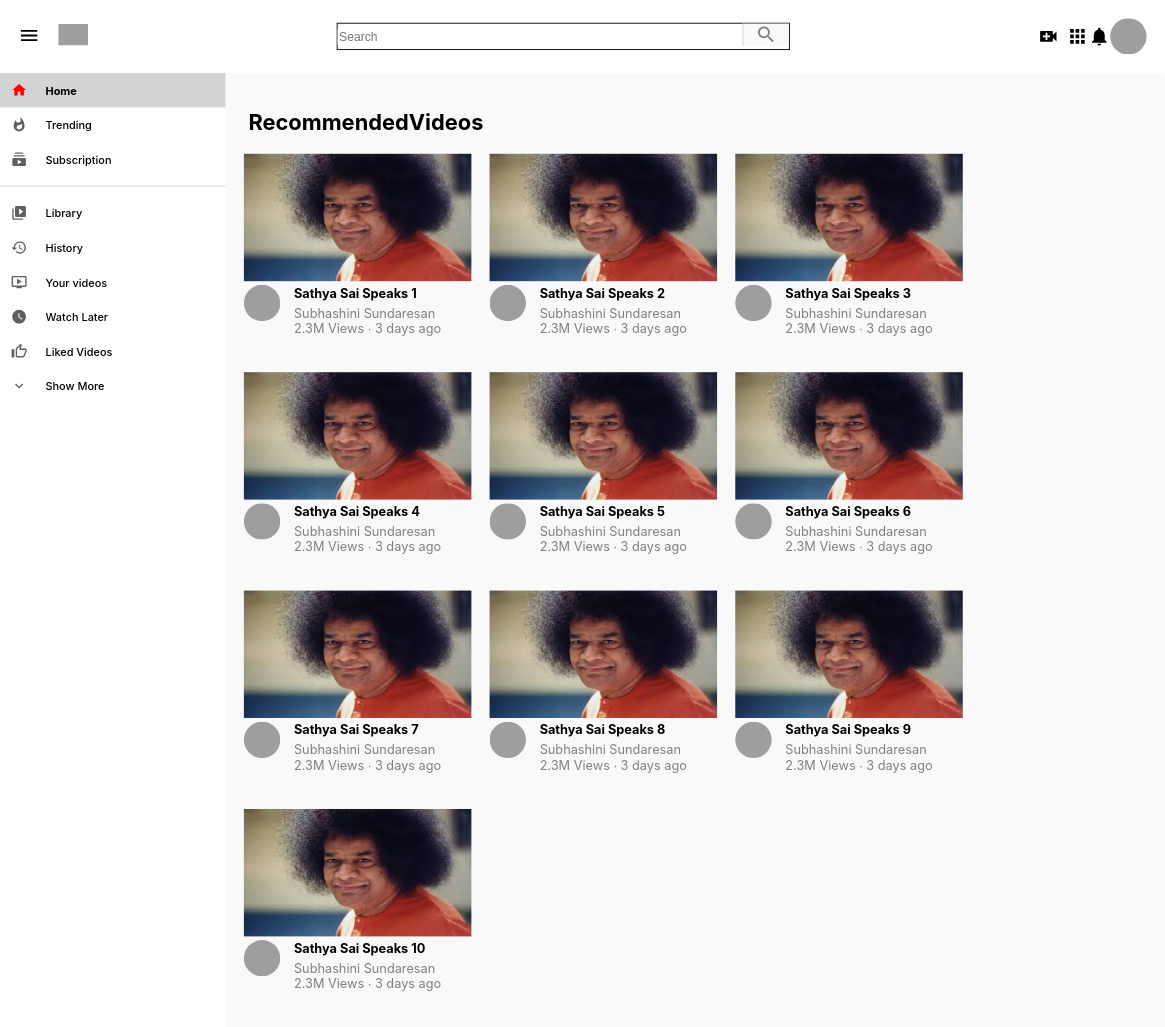
Repository: SubhashiniSundaresan/youtube-clone
Page: /search/
These files come from the project's save history. The page is drawn as it stood at one moment and after the next save; the edit follows.
The browser window is 1280 px wide. The pictures show the whole page, at 91% of full size.
Pictures or frames that could not be fetched are drawn as grey boxes. The project was rebuilt for these pictures with package versions that can differ from the ones it lists, and the page was loaded fresh each time. Also part of the build but not shown: src/ChannelRow.js, src/SearchPage.css, src/SearchPage.js.

Above is the page before, as saved 2020-12-26 12:30:26.

### src/App.js
import "./App.css";
import Header from "./Header";
import RecommendedVideos from "./RecommendedVideos";
import Sidebar from "./Sidebar";
import { BrowserRouter as Router, Switch, Route } from "react-router-dom";
import SearchPage from "./SearchPage";

function App() {
  return (
    <div className='app'>
      <Router>
        <Header />
        <div className='app__page'>
          <Sidebar />
          <Switch>
            <Route path='/search/:searchText'>
              <SearchPage />
            </Route>
            <Route path='/'>
              <RecommendedVideos />
            </Route>
          </Switch>
        </div>
      </Router>
    </div>
  );
}

export default App;

### src/App.css
.app__page {
    display: flex;

}

### src/Header.js
import React, { useState } from "react";
import MenuIcon from "@material-ui/icons/Menu";
import { Apps, Notifications, Search, VideoCall } from "@material-ui/icons";
import { Avatar } from "@material-ui/core";
import { Link } from "react-router-dom";
import "./Header.css";
function Header() {
  const [inputSearch, setInputSearch] = useState("");
  return (
    <div className='header'>
      <div className='header__left'>
        <MenuIcon />
        <Link to='/'>
          <img
            className='header__logo'
            src='https://upload.wikimedia.org/wikipedia/commons/thumb/a/af/Youtube.png/320px-Youtube.png'
            alt=''></img>
        </Link>
      </div>

      <div className='header__input'>
        <input
          onChange={(e) => setInputSearch(e.target.value)}
          value={inputSearch}
          placeholder='Search'
          type='text'></input>
        <Link to={`/search/${inputSearch}`}>
          <Search className='header__inputButton' />
        </Link>
      </div>
      <div className='header__icons'>
        <VideoCall className='header__icon' />
        <Apps />
        <Notifications />
        <Avatar
          alt='subhashini'
          src='https://yt3.ggpht.com/yti/ANoDKi4bv7sfd1_sBv-rZAj3JLY49-VUpVyAS2WmagLTqA=s108-c-k-c0x00ffffff-no-rj'
        />
      </div>
    </div>
  );
}

export default Header;

### src/Sidebar.js
import {
  ExpandMoreOutlined,
  History,
  Home,
  OndemandVideo,
  Subscriptions,
  ThumbUpAltOutlined,
  VideoLibrary,
  WatchLater,
  Whatshot,
} from "@material-ui/icons";
import React from "react";
import "./Sidebar.css";
import SidebarRow from "./SidebarRow";

function Sidebar() {
  var sidebarLinks = [
    { icon: VideoLibrary, title: "Library" },
    { icon: History, title: "History" },
    { icon: OndemandVideo, title: "Your videos" },
    { icon: WatchLater, title: "Watch Later" },
    { icon: ThumbUpAltOutlined, title: "Liked Videos" },
    { icon: ExpandMoreOutlined, title: "Show More" },
  ];
  const listItems = sidebarLinks.map((link) => (
    <SidebarRow Icon={link.icon} title={link.title} />
  ));
  return (
    <div className='sidebar'>
      <SidebarRow selected Icon={Home} title='Home' />
      <SidebarRow Icon={Whatshot} title='Trending' />
      <SidebarRow Icon={Subscriptions} title='Subscription' />
      <hr />
      {listItems}
    </div>
  );
}

export default Sidebar;

### src/Header.css
.header {
    display: flex;
align-items: center;
justify-content: space-between;
padding: 20px;
position: sticky;
top: 0;
z-index:100;
background-color: white;
}

.header__logo {
    height: 25px;
    object-fit: contain;
    margin-left: 20px;

}

.header__icons {
    display: flex;
align-items: center;


}

.header__input {
    display: flex;
align-items: center;
border: 1px solid black;
width: 40%;
}


.header__inputButton {
    width: 50px !important;
    background-color: #fafafa;
    border-left: 1px solid lightgray;
    color: gray;
}

.header__input > input {
    flex:1;
    border: none;
}

.header__icon {
    margin-right: 8px;
}

### src/RecommendedVideos.css
.recommendedVideos {
    flex: 0.8;
    background-color: #f9f9f9;
    padding: 40px 20px;
    padding-bottom: 0;
}

.recommendedVideos > h2 {
    margin-left: 5px;
    margin-bottom: 20px;
}


.recommendedVideos__videos {
display: flex;
flex-flow: row wrap;
}

### src/VideoCard.js
import { Avatar } from "@material-ui/core";
import React from "react";
import "./VideoCard.css";
function VideoCard({ image, title, channel, views, timestamp, channelImage }) {
  return (
    <div className='videoCard'>
      <img className='videoCard__thumbnail' src={image} alt=''></img>
      <div className='videoCard__info'>
        <Avatar
          className='videoCard__avatar'
          alt={channel}
          src={channelImage}></Avatar>
        <div className='videoCard__text'>
          <h4>{title}</h4>
          <p>{channel}</p>
          <p>
            {views} &#8729; {timestamp}
          </p>
        </div>
      </div>
    </div>
  );
}

export default VideoCard;

### src/Sidebar.css
.sidebar {
    flex: 0.2;
}

.sidebar > hr {
    height: 1px;
    border: 0;
    background-color: lightgray;
    margin-top: 10px;
    margin-top: 10px;
    margin-bottom: 10px;
}

### src/SidebarRow.js
import React from "react";
import "./SideBarRow.css";
function SidebarRow({ selected, Icon, title }) {
  return (
    <div className={`sidebarRow ${selected && "selected"}`}>
      <Icon className='sidebarRow__icon' />
      <h2 className='sidebarRow__title'>{title}</h2>
    </div>
  );
}

export default SidebarRow;

### src/VideoCard.css
.videoCard {
    margin-bottom: 40px;
    width: 270px;
}

.videoCard__thumbnail {
    height: 140px;
    width: 250px;
}

.videoCard__info {
    display: flex;
}

.videoCard__text {
    margin-left: 15px;
}

.videoCard__text > h4 {
    font-size: 14px;
    margin-bottom: 5px;
}

.videoCard__text> p {
    font-size: 14px;
    color: gray;
}

.videoCard__avatar>p {
    height: 30px !important;
    width: 30px !important;

}

### src/SideBarRow.css
.sidebarRow {
    display: flex;
    align-items: center;
    padding: 10px 12px;
}

.sidebarRow__icon {
color: #606060;
font-size: large !important;

}

.sidebarRow__title {
    flex: 1;
    margin-left: 20px;
    font-size: 12px;
    font-weight: 500;
}

.sidebarRow:hover {
background-color: lightgray;
cursor: pointer;
}

.sidebarRow:hover > .sidebarRow__icon{
    color: red;
    }

    .sidebarRow:hover > .sidebarRow__title{
        font-weight: bold;

        }

        .sidebarRow.selected >.sidebarRow__icon {
            color: red;
        }

         .sidebarRow.selected >.sidebarRow__title {
             font-weight: bold;

         }

                  .sidebarRow.selected {
                      background-color: lightgray;

                  }

Loaded but not shown: public/index.html (common file); src/index.js (common file); src/index.css (common file); src/reportWebVitals.js (common file); src/RecommendedVideos.js (library)

After the next save:
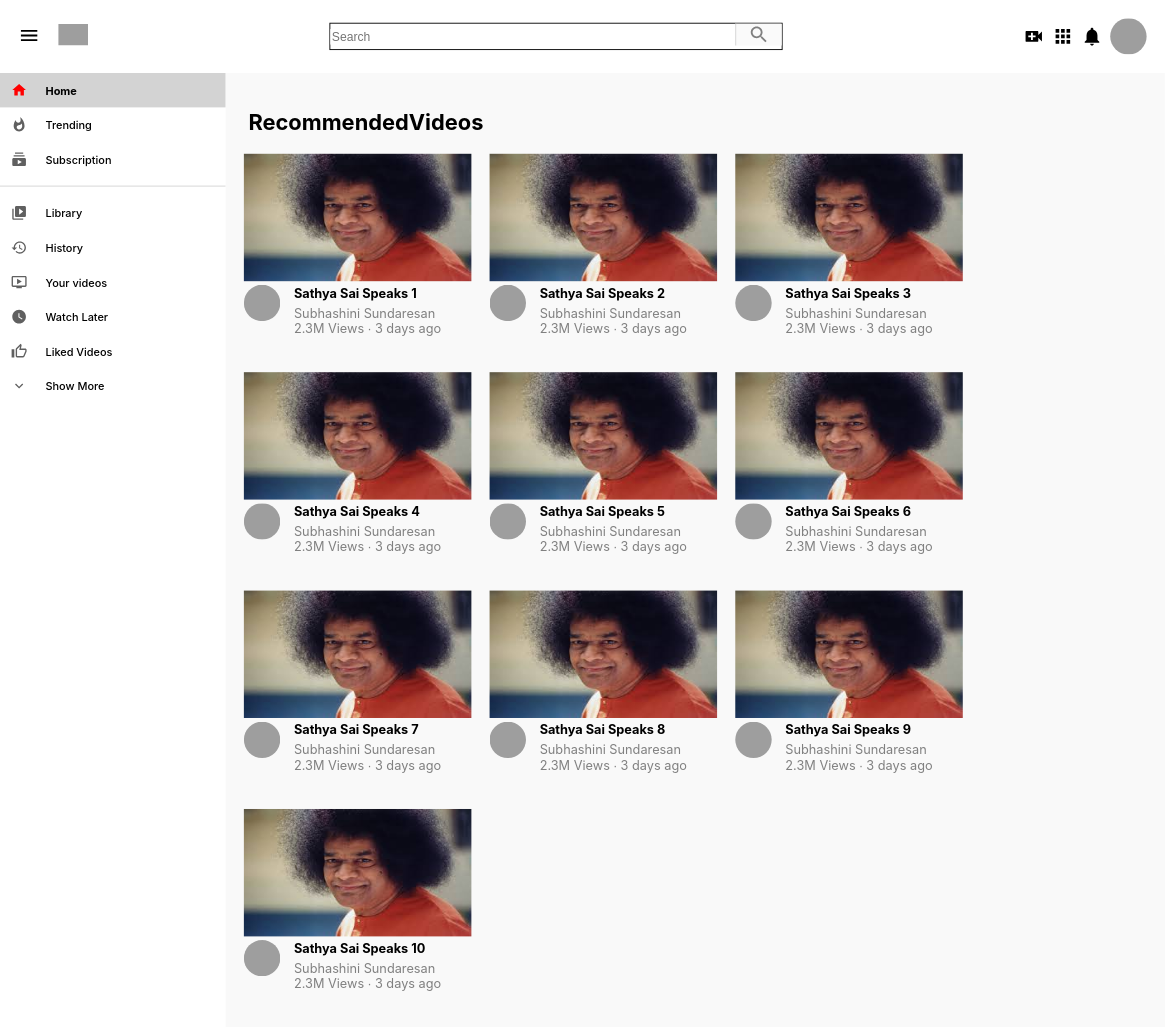
Saved 92 s later.
--- a/src/Header.js
+++ b/src/Header.js
@@ -30,8 +30,8 @@
       </div>
       <div className='header__icons'>
         <VideoCall className='header__icon' />
-        <Apps />
-        <Notifications />
+        <Apps className='header__icon' />
+        <Notifications className='header__icon' />
         <Avatar
           alt='subhashini'
           src='https://yt3.ggpht.com/yti/ANoDKi4bv7sfd1_sBv-rZAj3JLY49-VUpVyAS2WmagLTqA=s108-c-k-c0x00ffffff-no-rj'
